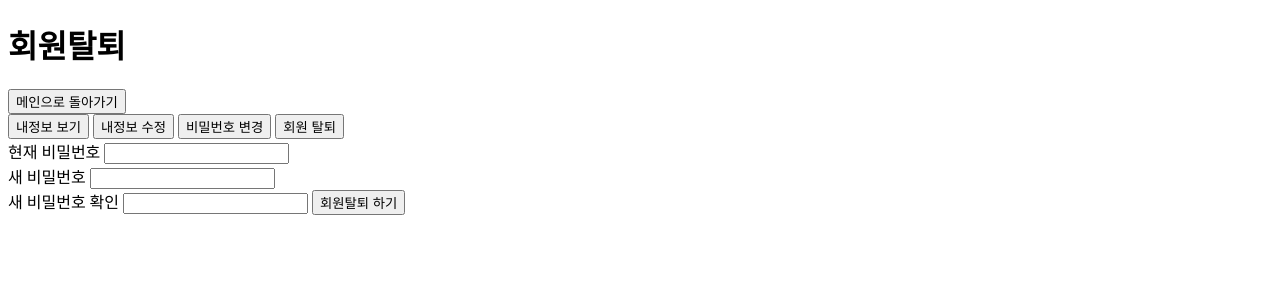
Repository: YoungHan-Jo/spring-education
Page: http://localhost/spring-legacy/WEB-INF/views/member/deleteMember.jsp
These files come from the project's save history. The page is drawn as it stood at one moment and after the next save; the edit follows.
The browser window is 1280 px wide. The pictures show the whole page.
The page is served by Tomcat 9. Nobody is signed in. The template is opened directly, without the code that normally fills it, so the values that code supplies are empty.

Above is the page before, as saved 2021-12-09 07:55:14.

After the next save:
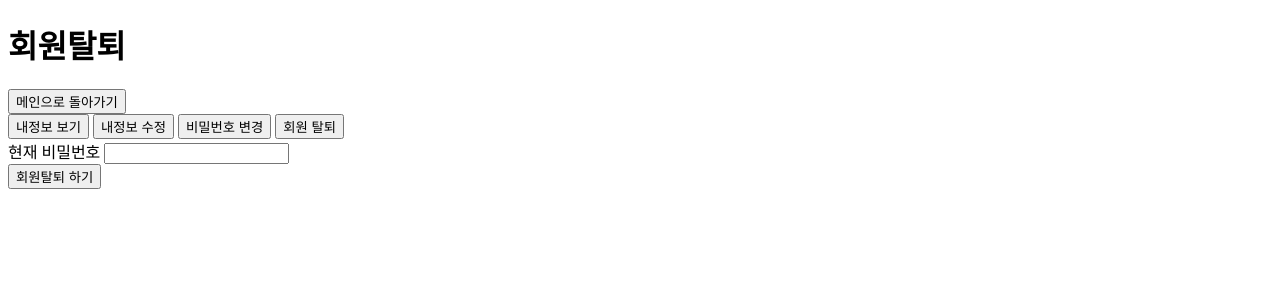
Saved 7 s later.
--- a/spring-studyPrac/spring-legacy/src/main/webapp/WEB-INF/views/member/deleteMember.jsp
+++ b/spring-studyPrac/spring-legacy/src/main/webapp/WEB-INF/views/member/deleteMember.jsp
@@ -23,10 +23,6 @@
 
 		<label>현재 비밀번호</label>
 		<input type="password" name="passwd" /><br>
-		<label>새 비밀번호</label>
-		<input type="password" name="newPasswd1" /><br>
-		<label>새 비밀번호 확인</label>
-		<input type="password" name="newPasswd2" />
 
 		<button type="submit">회원탈퇴 하기</button>
 	</form>
